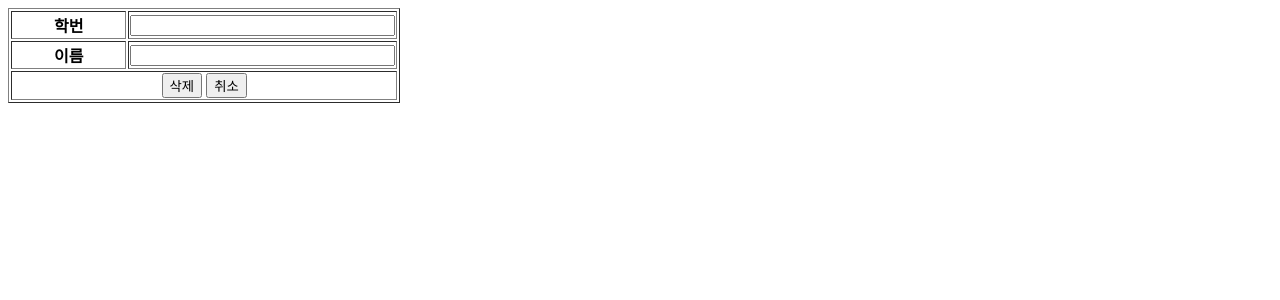
Repository: cccf777/-
Page: http://localhost/hrd0422/junhbo/hakDelete.jsp
These files come from the project's save history. The page is drawn as it stood at one moment and after the next save; the edit follows.
The browser window is 1280 px wide. The pictures show the whole page.
The page is served by Tomcat 9.

Above is the page before, as saved 2021-04-26 03:32:57.

### workspace/hrd0422/src/main/webapp/junhbo/hakDelete.jsp
<%@ page language="java" contentType="text/html; charset=UTF-8"
    pageEncoding="UTF-8"%>
<!DOCTYPE html>
<html>
<head>
<meta charset="UTF-8">
<title>Insert title here</title>
</head>
<body>
<form name=form method=post action="hakDeleteProcess.jsp">
<table border=1>
	<tr>
		<th width=30%>학번</th>
		<td ><input type=text name=id size=30 id=in></td>
	</tr>
	<tr>
		<th>이름</th>
		<td><input type=text name=name size=30 id=in>
	</tr>
	<tr>
		<td colspan=2 align=center>
		<input type=submit value="삭제">
		<input type=reset value="취소">
	</tr>
</table>
</form>
</body>
</html>

### workspace/hrd0422/src/main/webapp/junhbo/header.jsp
<%@ page language="java" contentType="text/html; charset=UTF-8"
    pageEncoding="UTF-8"%>
<!DOCTYPE html>
<html>
<head>
<meta charset="UTF-8">
<title>Insert title here</title>
<link rel="stylesheet" href="common.css">
</head>
<body>
<header>학사/수강정보 관리 ver1.0

</header>
</body>
</html>

### workspace/hrd0422/src/main/webapp/junhbo/nav.jsp
<%@ page language="java" contentType="text/html; charset=UTF-8"
    pageEncoding="UTF-8"%>
<!DOCTYPE html>
<html>
<head>
<meta charset="UTF-8">
<title>Insert title here</title>
<link rel="stylesheet" href="common.css">
</head>
<body>
<nav>
	<ul>
		<li><a href="hakInsert.jsp">학사정보추가</a></li>
		<li><a href="subInsert.jsp">교과목추가</a></li>
		<li><a href="teacherInsert.jsp">강사추가</a></li>
		<li><a href="hakSelect.jsp">학사정보조회</a></li>
		<li><a href="subSelect.jsp">교과목조회</a></li>
		<li><a href="teacherSelect.jsp">강사조회</a></li>
		<li><a href="index.jsp">홈으로</a></li>
	</ul>
</nav>
</body>
</html>

### workspace/hrd0422/src/main/webapp/junhbo/common.css
@charset "UTF-8";
header{
	height:12%;
	background:#0000ff;
	color:#ffffff;
	text-align:center;
	line-height:80px;
	font-size:2em;
}

footer{
	height:5%;
	background:#666;
	color:#fff;
	text-align:center;
	line-height:40px;
	font-size:11px;
}
nav{
	height:5%;
	line-height:40px;
	background:purple;
	text-align:left;
}
nav ul{
	display:inline-block;
	list-style-type:none;
}
nav li{
	float:left;
	margin: 0 0 0 30px;
}
nav a{
	display:block;
	color:#ffffff;
	font-size:17px;
	text-decoration:none;
	padding:0 20px;
}

section{
	height:78%;
	width:100%;
	margin:0 auto;
	font-size:13px;
}
*{
	margin:0;
	padding:0;
}
html,body{
	height:100%;
	width:100%;
}

section table{
	width:70%;
	height:50%;
	margin:0 auto;
	border:2px solid black;
}
#table1{
	width:60%;
	height:50%;
	margin:0 auto;
	border:2px solid black;
}
#h3{
	text-align:center;
	padding:0.5% 0;
}
.center{
	text-align: center;
	font-size:1.2em;
}
#id1{
	height:30px;
	width:60%;
}
#t1{
	margin-left:25%;
}

After the next save:
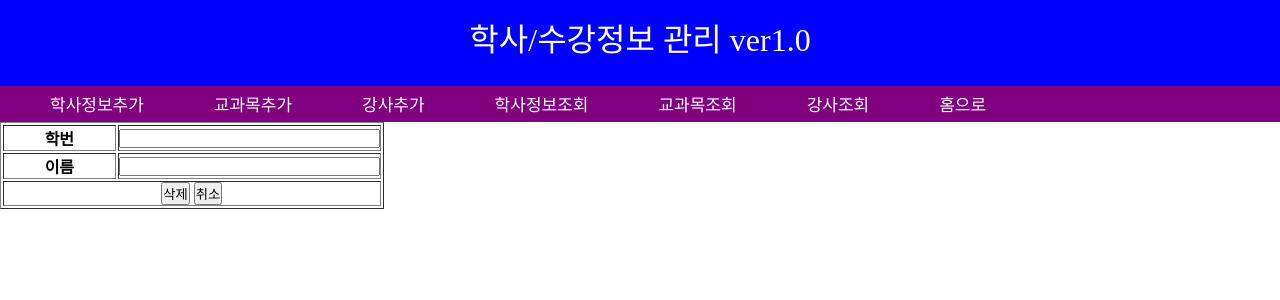
Saved 40 s later.
--- a/workspace/hrd0422/src/main/webapp/junhbo/hakDelete.jsp
+++ b/workspace/hrd0422/src/main/webapp/junhbo/hakDelete.jsp
@@ -6,7 +6,11 @@
 <meta charset="UTF-8">
 <title>Insert title here</title>
 </head>
+
 <body>
+
+<%@ include file="header.jsp" %>
+<%@ include file="nav.jsp" %>
 <form name=form method=post action="hakDeleteProcess.jsp">
 <table border=1>
 	<tr>
